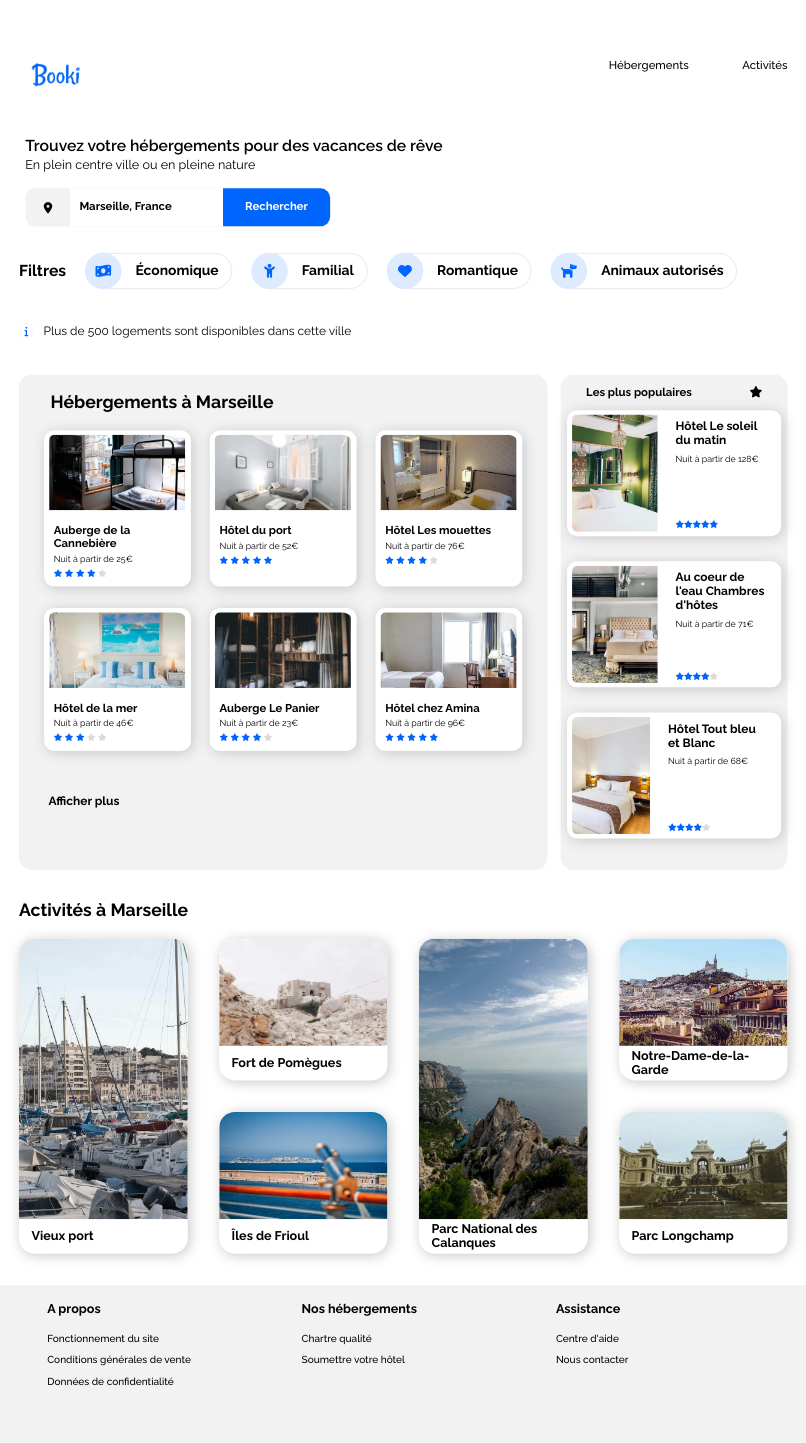
Repository: leandroBarbosaFR/booki
Page: index.html
The author's editor kept a copy of each file at every save. The page is drawn from the files as they stood at one save, then again after the next save.
The browser window is 1280 px wide. The pictures show the whole page, at 63% of full size.

Above is the page before, as saved 2022-07-22 15:34:50.

After the next save:
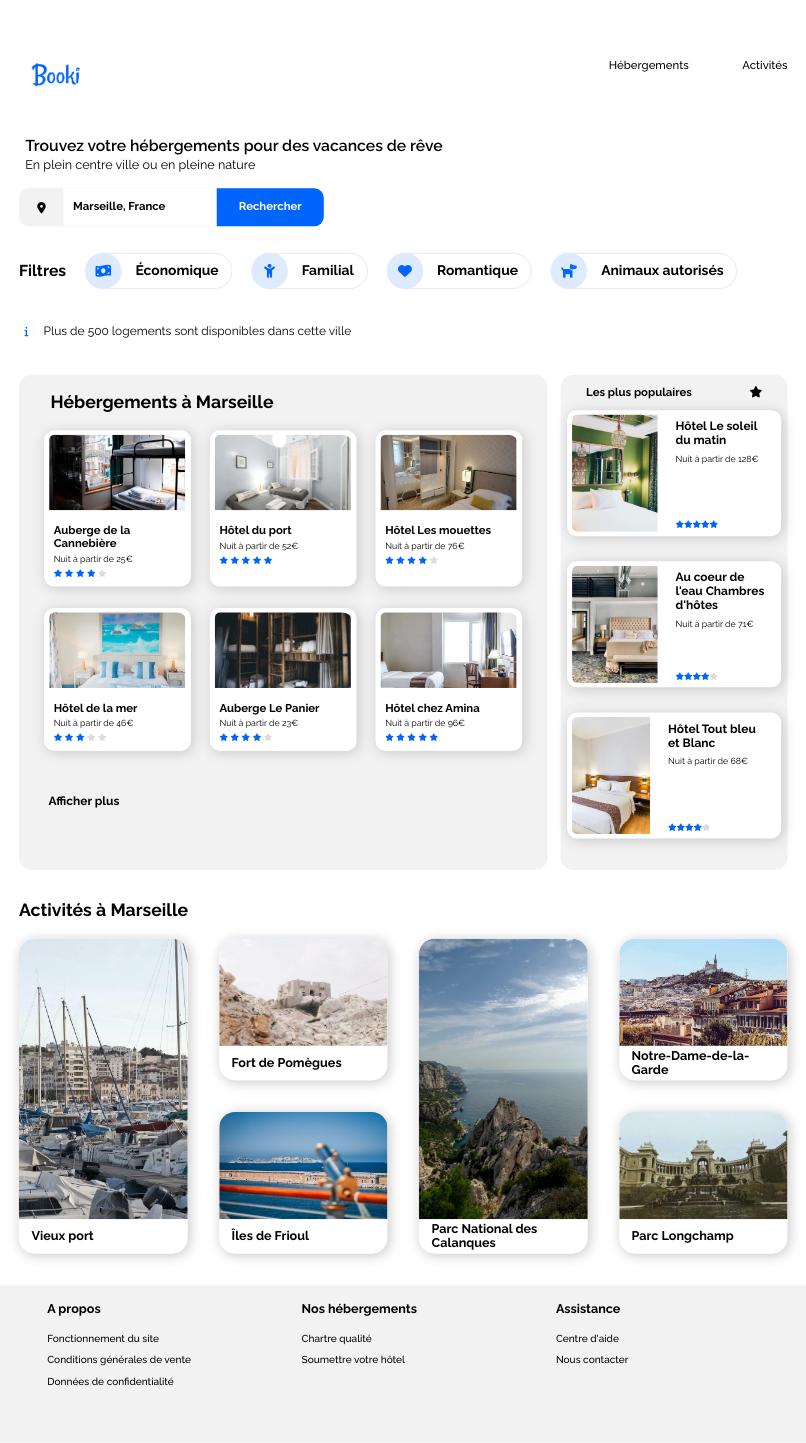
Saved 15 s later.
--- a/css/style.css
+++ b/css/style.css
@@ -80,7 +80,7 @@
   border-radius: 15px;
   width: max-content;
   margin-top: 25px;
-  margin-left: 10px;
+
 }
 
 .h2 {
